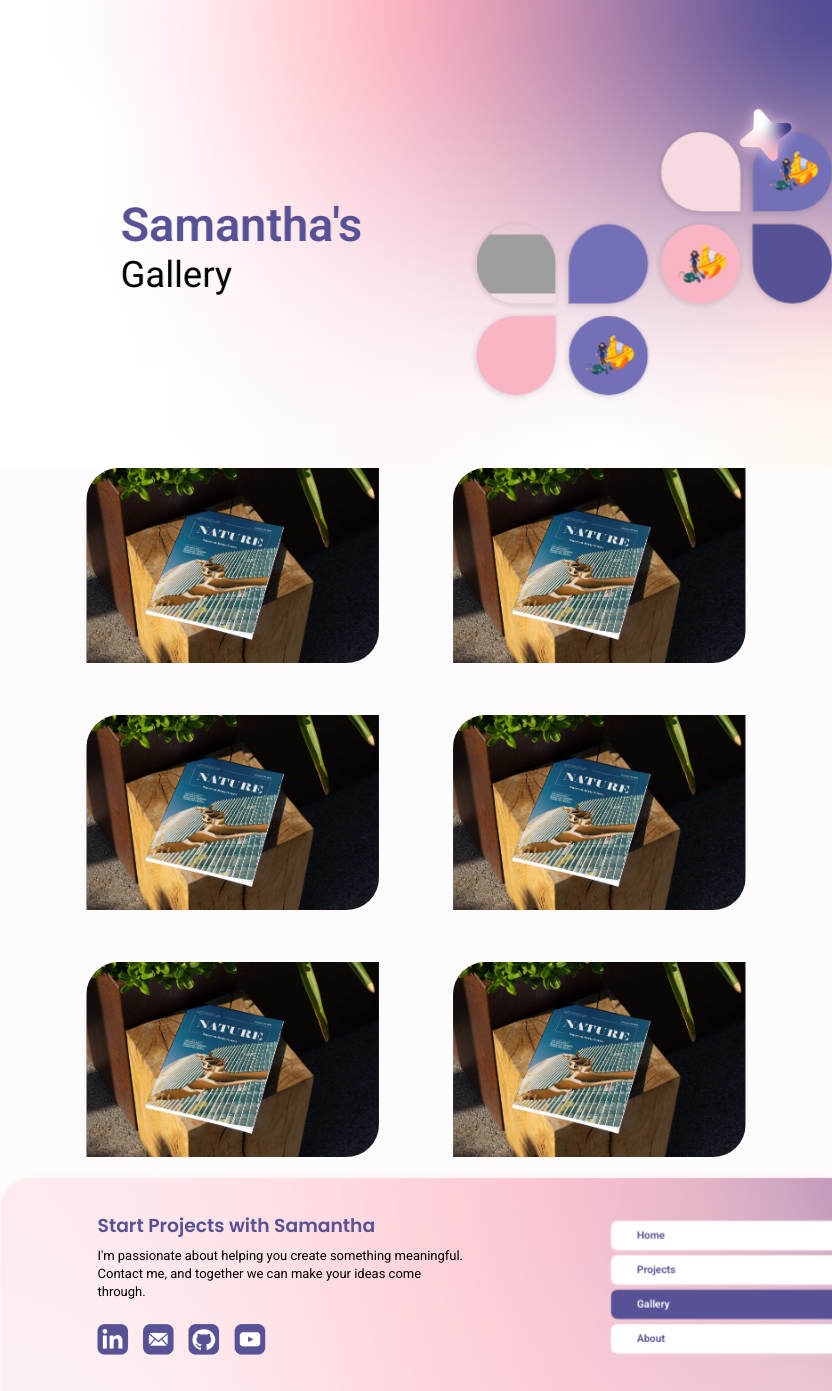
Repository: SamanthaYan298/Samantha-Portfolio
Page: gallery.html
An editor plug-in stored every save of this project. The page is shown before and after the next save, followed by the edit.
The browser window is 1280 px wide. The pictures show the whole page, at 65% of full size.
Pictures or frames that could not be fetched are drawn as grey boxes.

Above is the page before, as saved 2025-03-18 10:05:01.

### gallery.html
<!DOCTYPE html>
<html lang="en">
<head>
    <meta charset="UTF-8">
    <meta name="viewport" content="width=device-width, initial-scale=1.0">
    <meta name="description" content="Portfolio of Samantha Yan, a graphic and UI/UX designer specializing in creating meaningful and impactful designs.">
    <meta name="author" content="Samantha Yan">
    <meta name="keywords" content="Samantha Yan, graphic design, UI/UX design, portfolio">

    <title>Yisha Samantha Yan | Gallery</title>
    <link rel="stylesheet" href="./css/gallery.css">

    <!-- Font Embed Code - Roboto -->
    <link rel="preconnect" href="https://fonts.googleapis.com">
    <link rel="preconnect" href="https://fonts.gstatic.com" crossorigin>
    <link href="https://fonts.googleapis.com/css2?family=Roboto:ital,wght@0,100..900;1,100..900&display=swap" rel="stylesheet">

    <!-- Font Embed Code - Poppins -->
    <link rel="preconnect" href="https://fonts.googleapis.com">
    <link rel="preconnect" href="https://fonts.gstatic.com" crossorigin>
    <link href="https://fonts.googleapis.com/css2?family=Poppins:ital,wght@0,100;0,200;0,300;0,400;0,500;0,600;0,700;0,800;0,900;1,100;1,200;1,300;1,400;1,500;1,600;1,700;1,800;1,900&display=swap" rel="stylesheet">
    <link rel="icon" href="./images/favicon.ico" type="image/x-icon">
</head>
<body>
    <!-- <h1>Currently updating my portfolio. Check back soon!</h1> -->
    <header class="navbar">
        <a href="index.html"><img class="logo" alt="logo" src="./images/logo.png" /></a>
        <ul class="nav-links">
            <li><a href="index.html" class="home-link">Home</a></li>
            <li><a href="projects.html" class="projects-link">Projects</a></li>
            <li><a href="gallery.html" class="gallery-link">Gallery</a></li>
            <li><a href="about.html" class="about-link">About</a></li>
        </ul>
    </header>

    <div class="menu">
        <a href="index.html"><img class="menu-logo" alt="logo" src="./images/logo.png" /></a>
        <div class="dropdown-menu">
            <button class="hamburger" onclick="toggleMenu()">
                <img id="menu-icon" alt="Hamburger Menu Icon" src="./images/menu.png" />
            </button>
            <div class="menu-links">
                <ul>
                    <li><a href="index.html">Home</a></li>
                    <li><a href="projects.html" class="projects-link">Projects</a></li>
                    <li><a href="gallery.html" class="gallery-link">Gallery</a></li>
                    <li><a href="about.html" class="about-link">About</a></li>
                </ul>
            </div>
        </div>
    </div>

    <main>
    <section class="banner">
        <div class="about_banner">
            <div class="content">
                <h1><span class="highlight">Samantha's</span><br> Gallery</h1>
                <div class="users-color-container">
                    <div style="visibility: hidden;"></div>
                    <!-- <span class="item" style="--i: 1"></span> -->
                    <span class="item" style="--i: 2"></span>
                    <span class="item" style="--i: 3"></span>
                    <img class="item" id="lady_gif" src="./images/glowfish_images/ebook_cover.webp" style="--i: 4" alt="" />

                    <img class="item" id="lady_gif" src="./images/gallery_images/drawing.svg" style="--i: 10" alt="" />
                    <span class="item" style="--i: 11"></span>
                    <img class="item" id="lady_gif" src="./images/glowfish_images/ebook_cover.webp" style="--i: 12" alt="" />
                    <span class="item" style="--i: 5"></span>

                    <span class="item" style="--i: 9"></span>
                    <img class="item" id="lady_gif" src="./images/glowfish_images/ebook_cover.webp" style="--i: 8" alt="" />
                    <!-- <span class="item" style="--i: 7"></span> -->
                    <div style="visibility: hidden;"></div>
                    <img class="item" id="lady_gif" src="./images/glowfish_images/ebook_cover.webp" style="--i: 6" alt="" />
                </div>
            </div>
        </div>
        <div class="elements">
            <img alt="stars" class="star_small" src="./images/star_small.png"/>
        </div>
    </section>

    <section class="main-content">
        <div class="curve-section">
            <div class="curve"></div>
        </div>
    </section>

    <div class="grid">
        <div class="grid_row">
            <div class="card" id="card-1" onclick="openGallery(1)">
                <div class="card_thumb">
                    <div class="card_shadow"></div>
                    <div class="card_shadow"></div>
                    <div class="card_shadow"></div>
                    <div class="card_image" style="background-image: url(/images/magazine_images/cover_mockup.jpg)"></div>
                </div>
                <div class="card_explore"><span>Explore More</span></div>
            </div>
        </div>

        <div class="grid_row">
            <div class="card" id="card-2" onclick="openGallery(1)">
                <div class="card_thumb">
                    <div class="card_shadow"></div>
                    <div class="card_shadow"></div>
                    <div class="card_shadow"></div>
                    <div class="card_image" style="background-image: url(/images/magazine_images/cover_mockup.jpg)"></div>
                </div>
                <div class="card_explore"><span>Explore More</span></div>
            </div>
        </div>

        <div class="grid_row">
            <div class="card" id="card-3" onclick="openGallery(1)">
                <div class="card_thumb">
                    <div class="card_shadow"></div>
                    <div class="card_shadow"></div>
                    <div class="card_shadow"></div>
                    <div class="card_image" style="background-image: url(/images/magazine_images/cover_mockup.jpg)"></div>
                </div>
                <div class="card_explore"><span>Explore More</span></div>
            </div>
        </div>

        <div class="grid_row">
            <div class="card" id="card-4" onclick="openGallery(1)">
                <div class="card_thumb">
                    <div class="card_shadow"></div>
                    <div class="card_shadow"></div>
                    <div class="card_shadow"></div>
                    <div class="card_image" style="background-image: url(/images/magazine_images/cover_mockup.jpg)"></div>
                </div>
                <div class="card_explore"><span>Explore More</span></div>
            </div>
        </div>

        <div class="grid_row">
            <div class="card" id="card-5" onclick="openGallery(1)">
                <div class="card_thumb">
                    <div class="card_shadow"></div>
                    <div class="card_shadow"></div>
                    <div class="card_shadow"></div>
                    <div class="card_image" style="background-image: url(/images/magazine_images/cover_mockup.jpg)"></div>
                </div>
                <div class="card_explore"><span>Explore More</span></div>
            </div>
        </div>

        <div class="grid_row">
            <div class="card" id="card-6" onclick="openGallery(1)">
                <div class="card_thumb">
                    <div class="card_shadow"></div>
                    <div class="card_shadow"></div>
                    <div class="card_shadow"></div>
                    <div class="card_image" style="background-image: url(/images/magazine_images/cover_mockup.jpg)"></div>
                </div>
                <div class="card_explore"><span>Explore More</span></div>
            </div>
        </div>
    </div>

    <div id="gallery_1" class="gallery">
        <div class="gallery_header">
            <a class="gallery_close" onclick="closeAll()">×</a>
        </div>
        <div class="gallery_images">
            <div class="gallery_left">
                <h1 id="gallery_title">Gallery Title</h1>
                <p id="gallery_description">Descriptions</p>
            </div>
            <div id="gallery_image" style="background-image: url(/images/magazine_images/laptop.jpg)" onclick="resetGallery1()"></div>
        </div>
        <div class="small_images">
            <img src="./images/magazine_images/first_page.jpg" alt="new" onclick="updateGallery('Gallery Title 1', 'This is a description for image 1', '/images/magazine_images/first_page.jpg')"/>
            <img src="./images/magazine_images/cover_mockup.jpg" alt="new" onclick="updateGallery('Gallery Title 2', 'This is a description for image 2', '/images/magazine_images/cover_mockup.jpg')"/>
            <img src="./images/magazine_images/tablet.jpg" alt="new" onclick="updateGallery('Gallery Title 3', 'This is a description for image 3', '/images/magazine_images/tablet.jpg')"/>
        </div>
    </div>

    <div class="floating-star" onclick="scrollToTop()">
        <img src="./images/back.png" alt="Back To Top Button"/>
    </div>

    </main>

    <footer class="footer">
        <div class="footer-content">
            <h2 class="footer-title">Start Projects with Samantha</h2>
            <p>
                I'm passionate about helping you create something meaningful. Contact me,
                and together we can make your ideas come through.
            </p>
          <div class="footer-icons">
            <a href="https://www.linkedin.com/in/samantha-yyan/" target="_blank" rel="noopener noreferrer">
              <img src="./images/linkedin.png" alt="LinkedIn Icon" />
            </a>
            <a href="mailto:yisha-y@hotmail.com" aria-label="Send me an email">
              <img src="./images/email.png" alt="Email Icon" />
            </a>
            <a href="https://github.com/SamanthaYan298" target="_blank" rel="noopener noreferrer">
                <img src="./images/github.png" alt="Github Icon" />
            </a>
            <a href="https://www.youtube.com/playlist?list=PLrgL16kwFm-0g5pzTNWgt6QvwPB_-rD5s" target="_blank" rel="noopener noreferrer">
                <img src="./images/youtube.png" alt="Youtube Icon" />
            </a>
          </div>
        </div>
        <nav class="footer-nav">
            <ul>
            <li><a href="index.html" class="home-link glow-button">Home</a></li>
            <li><a href="projects.html" class="projects-link glow-button">Projects</a></li>
            <li><a href="gallery.html" class="gallery-link glow-button">Gallery</a></li>
            <li><a href="about.html" class="about-link glow-button">About</a></li>
            </ul>
        </nav>
      </footer>

    <script src="./js/gallery.js"></script>
</body>
</html>

Loaded but not shown: js/gallery.js (126 lines, source omitted); css/gallery.css (1431 lines, source omitted)

After the next save:
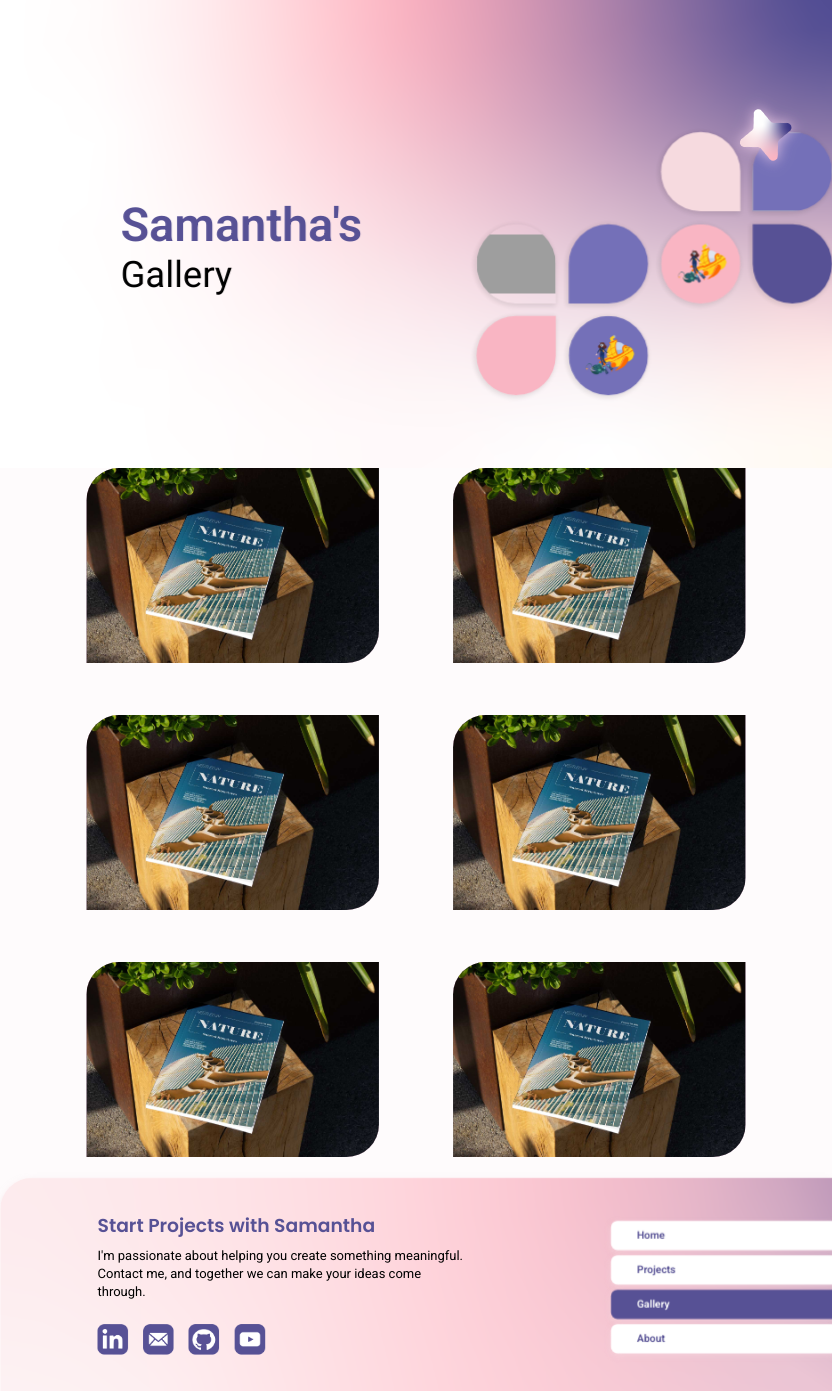
Not found: images/gallery_images/workg.svg
Saved 2 h 22 min later.
--- a/gallery.html
+++ b/gallery.html
@@ -60,7 +60,7 @@
                     <!-- <span class="item" style="--i: 1"></span> -->
                     <span class="item" style="--i: 2"></span>
                     <span class="item" style="--i: 3"></span>
-                    <img class="item" id="lady_gif" src="./images/glowfish_images/ebook_cover.webp" style="--i: 4" alt="" />
+                    <img class="item" id="lady_gif" src="./images/gallery_images/workg.svg" style="--i: 4" alt="" />
 
                     <img class="item" id="lady_gif" src="./images/gallery_images/drawing.svg" style="--i: 10" alt="" />
                     <span class="item" style="--i: 11"></span>
